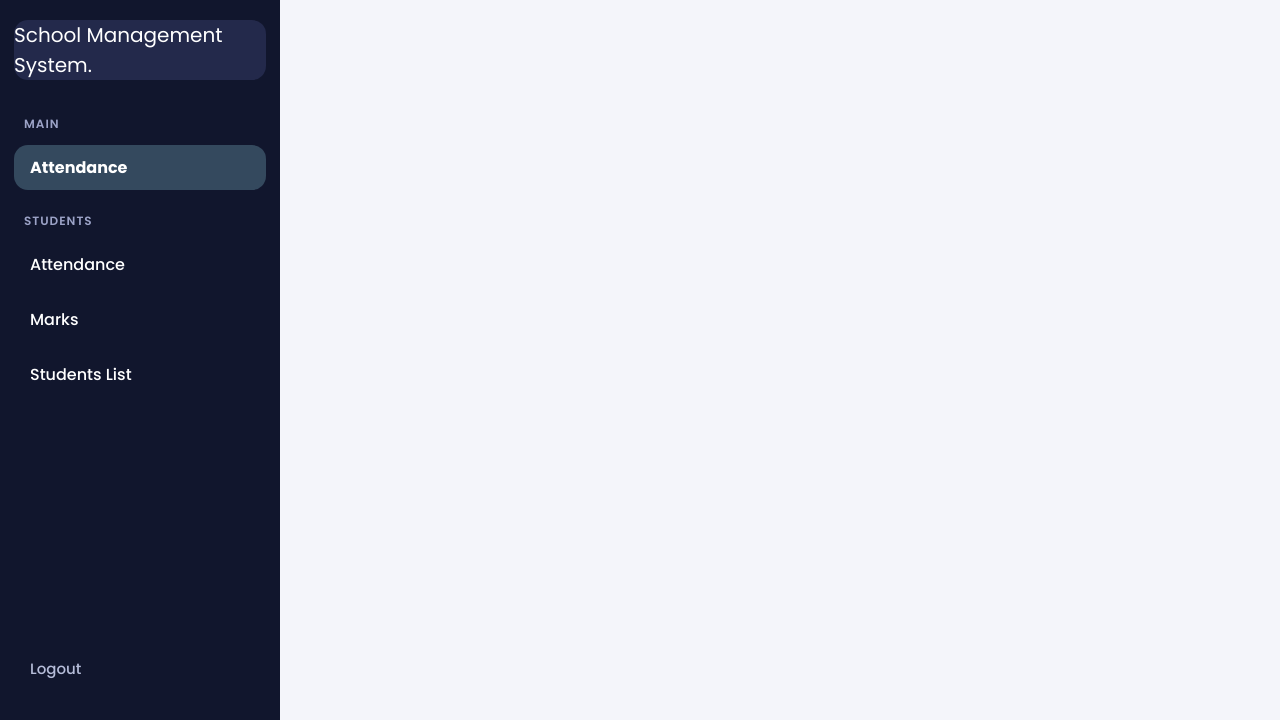
Repository: rohit-rk-07/school_management_system
Page: http://localhost/School_Management_System/student/sidebar.jsp
These files come from the project's save history. The page is drawn as it stood at one moment and after the next save; the edit follows.
The browser window is 1280 px wide. The pictures show the whole page.
The page is served by Tomcat 10.

Above is the page before, as saved 2026-05-22 04:21:15.
Console error: TypeError: Cannot read properties of null (reading 'addEventListener')

After the next save:
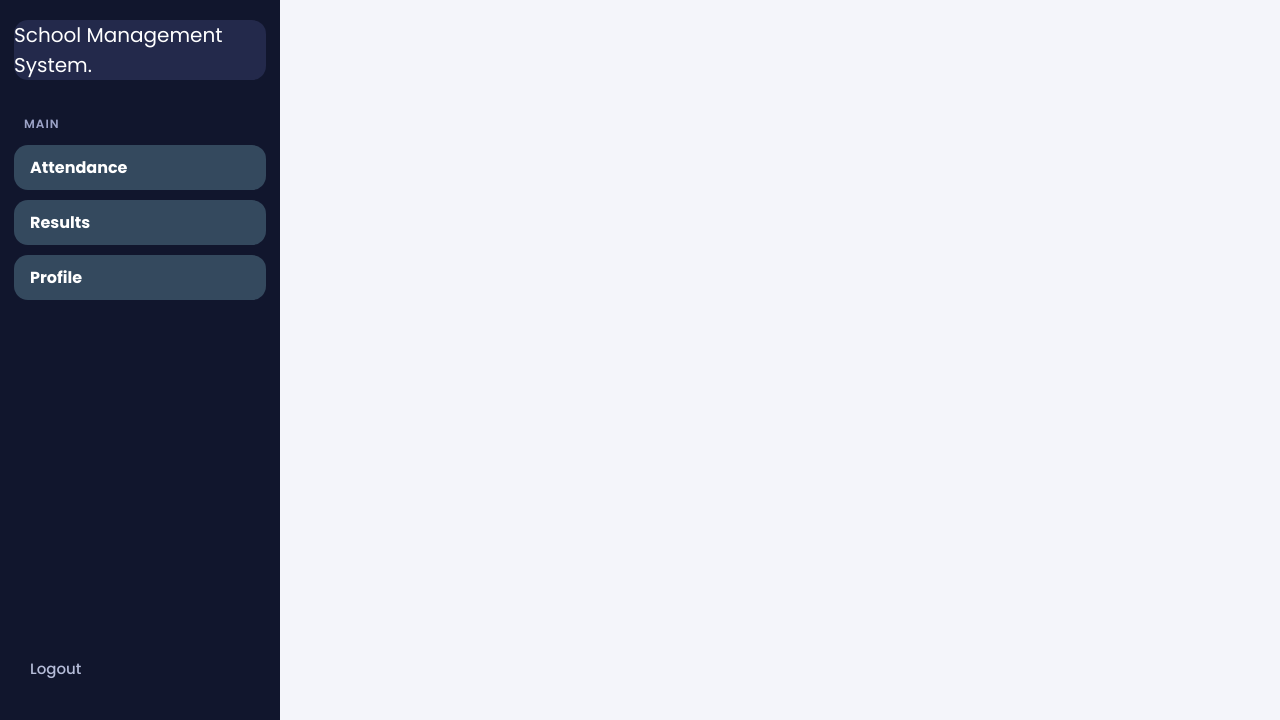
Saved 60 s later.
--- a/School_Management_System/src/main/webapp/student/sidebar.jsp
+++ b/School_Management_System/src/main/webapp/student/sidebar.jsp
@@ -162,29 +162,15 @@ body{
           <a href="attendance.jsp">Attendance</a>
         </li>
 
+        <li class="schoolSidebarMenuItem schoolSidebarActive">
+          <a href="result.jsp">Results</a>
+        </li>
+
+        <li class="schoolSidebarMenuItem schoolSidebarActive">
+          <a href="profile.jsp">Profile</a>
+        </li>
+
       </ul>
-
-      <!-- ASSIGNMENTS -->
-      <div class="schoolSidebarMenuTitle">
-        STUDENTS
-      </div>
-
-      <ul class="schoolSidebarMenuList">
-
-        <li class="schoolSidebarMenuItem">
-          <a href="attendance.jsp">Attendance</a>
-        </li>
-
-        <li class="schoolSidebarMenuItem">
-          <a href="addMarks.jsp">Marks</a>
-        </li>
-
-        <li class="schoolSidebarMenuItem">
-          <a href="studentsList.jsp">Students List</a>
-        </li>
-
-      </ul>
-
     </div>
 
     <!-- BOTTOM -->
